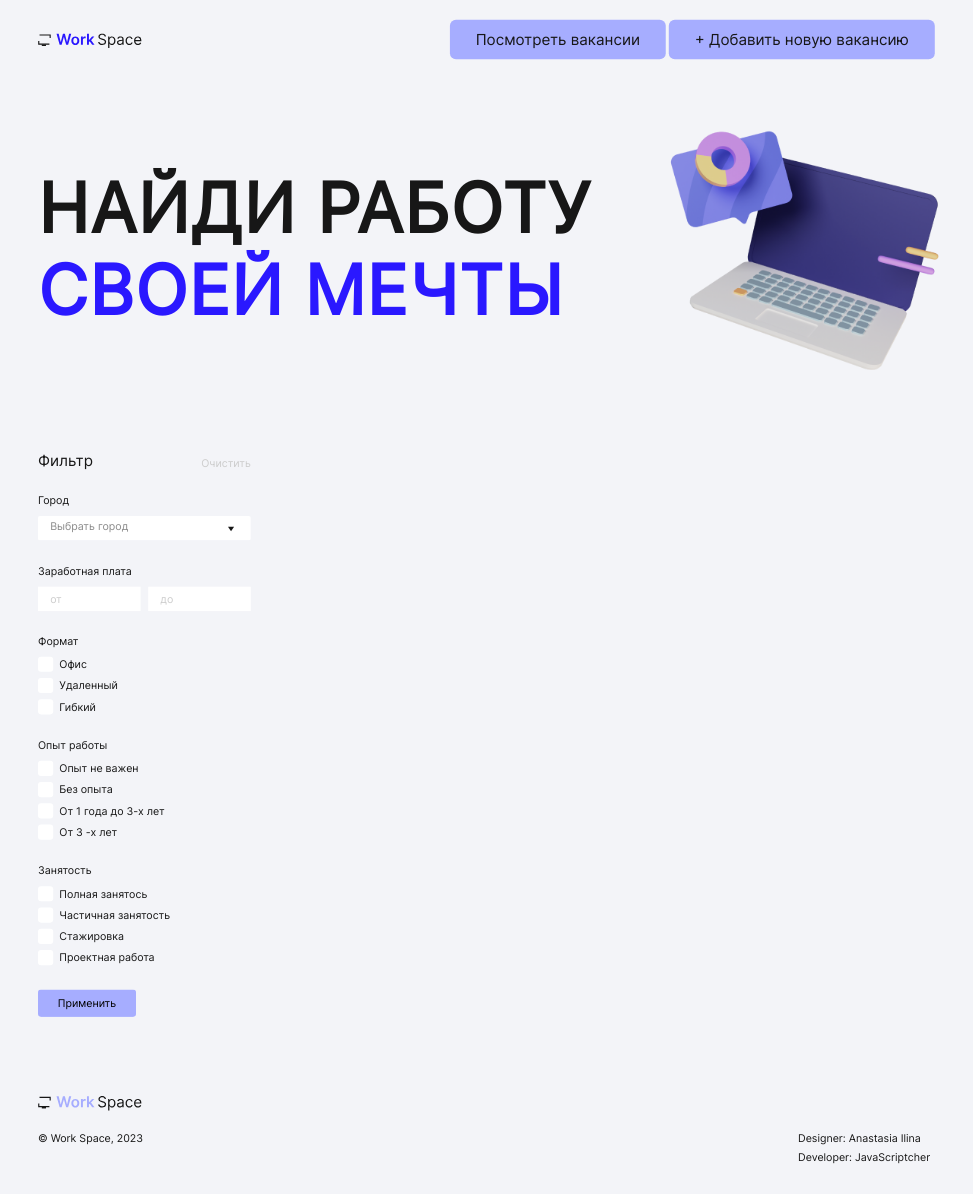
Repository: alexboagreek/workspace_js
Page: index.html
An editor plug-in stored every save of this project. The page is shown before and after a run of saves, followed by the edit.
The browser window is 1280 px wide. The pictures show the whole page, at 76% of full size.
The page's requests for data from a server got no answer.

Above is the page before, as saved 2023-09-13 07:43:39.

After the next 3 saves:
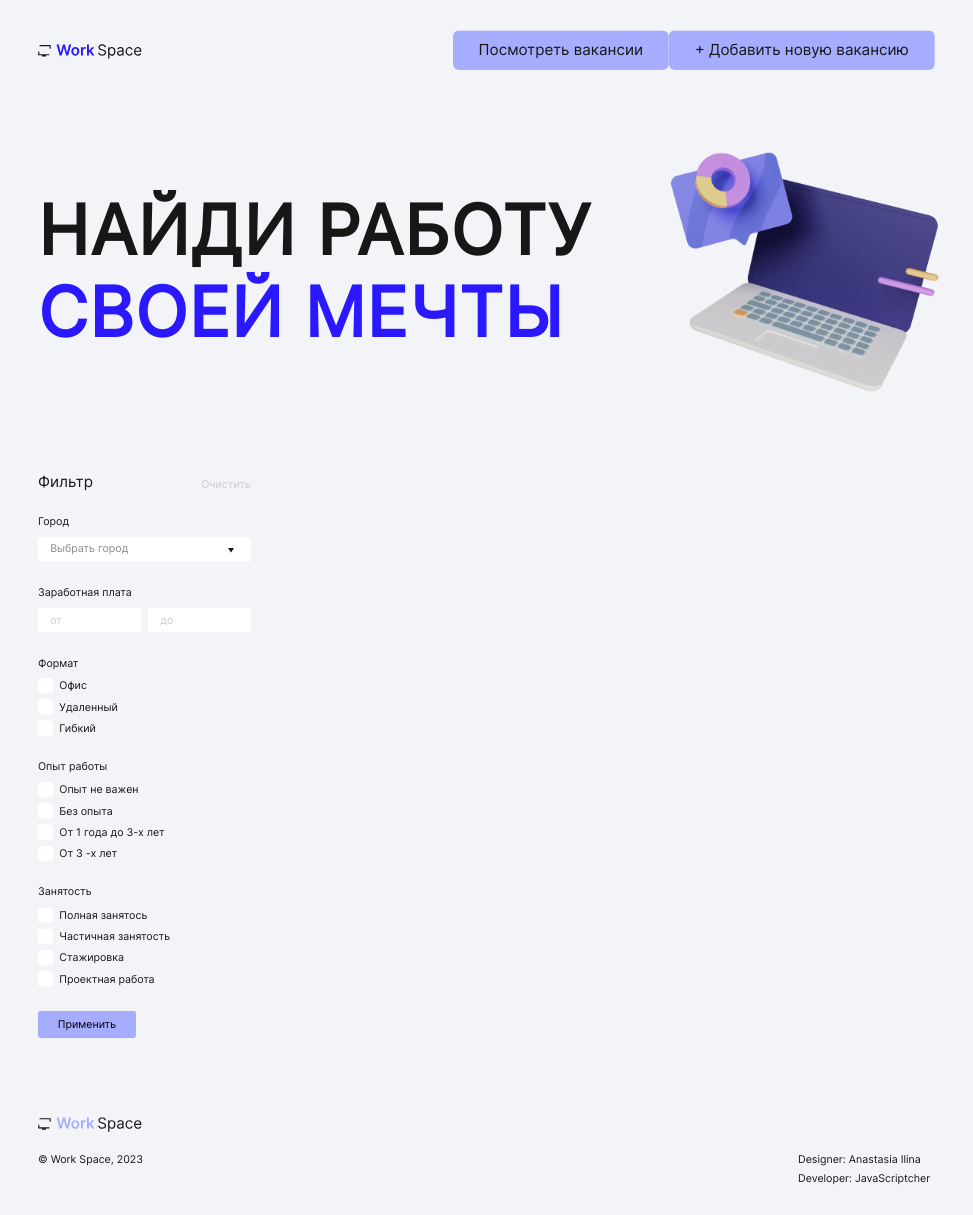
The 3 saves are shown as one change because they came seconds apart.
The last was saved 9 s later.
--- a/style/header.css
+++ b/style/header.css
@@ -8,7 +8,10 @@
   justify-content: space-between;
 }
 
-.header
+.header__links {
+  display: flex;
+  gap8
+}
 
 .header__link {
   padding: 12px 32px;
